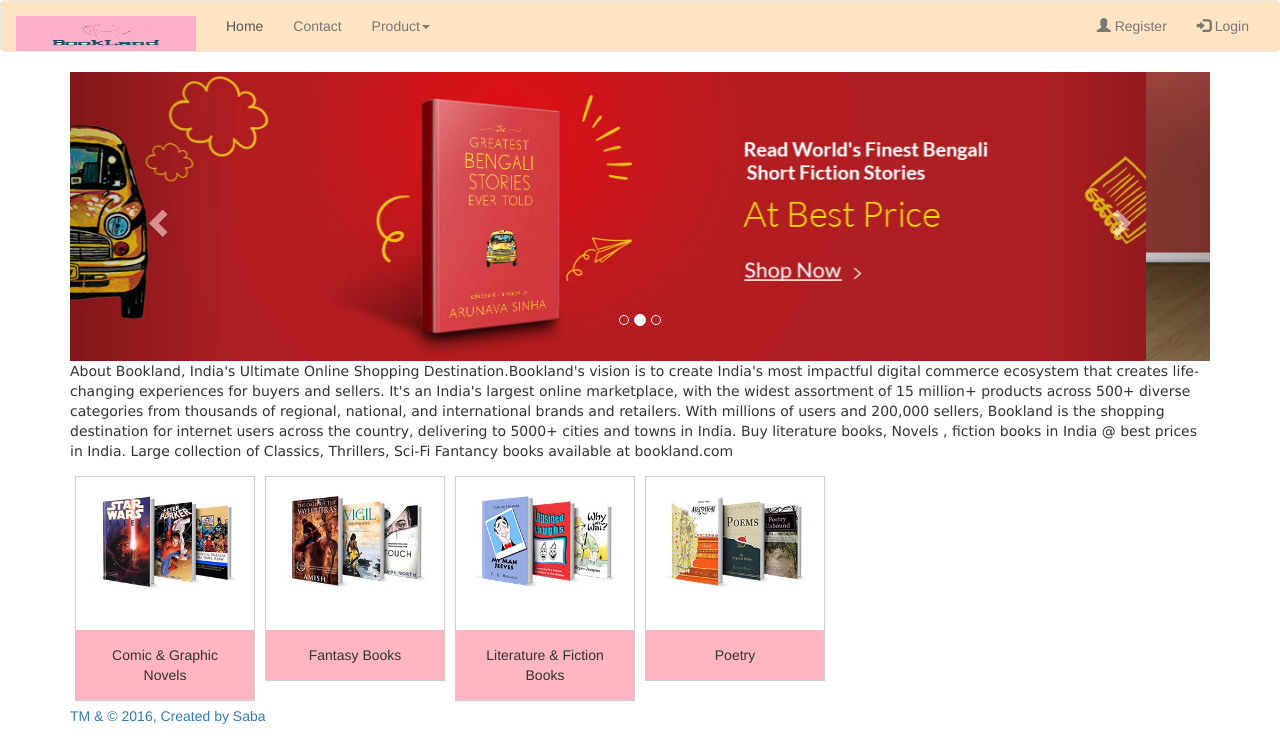
Repository: sabahussain/finalproject
Page: http://localhost/bookland/
The author's editor kept a copy of each file at every save. The page is drawn from the files as they stood at one save, then again after the next save.
The browser window is 1280 px wide. The pictures show the whole page.
The page is served by Tomcat 9. Nobody is signed in. The application's start-up code is not run.

Above is the page before, as saved 2016-05-08 15:26:46.

After the next save:
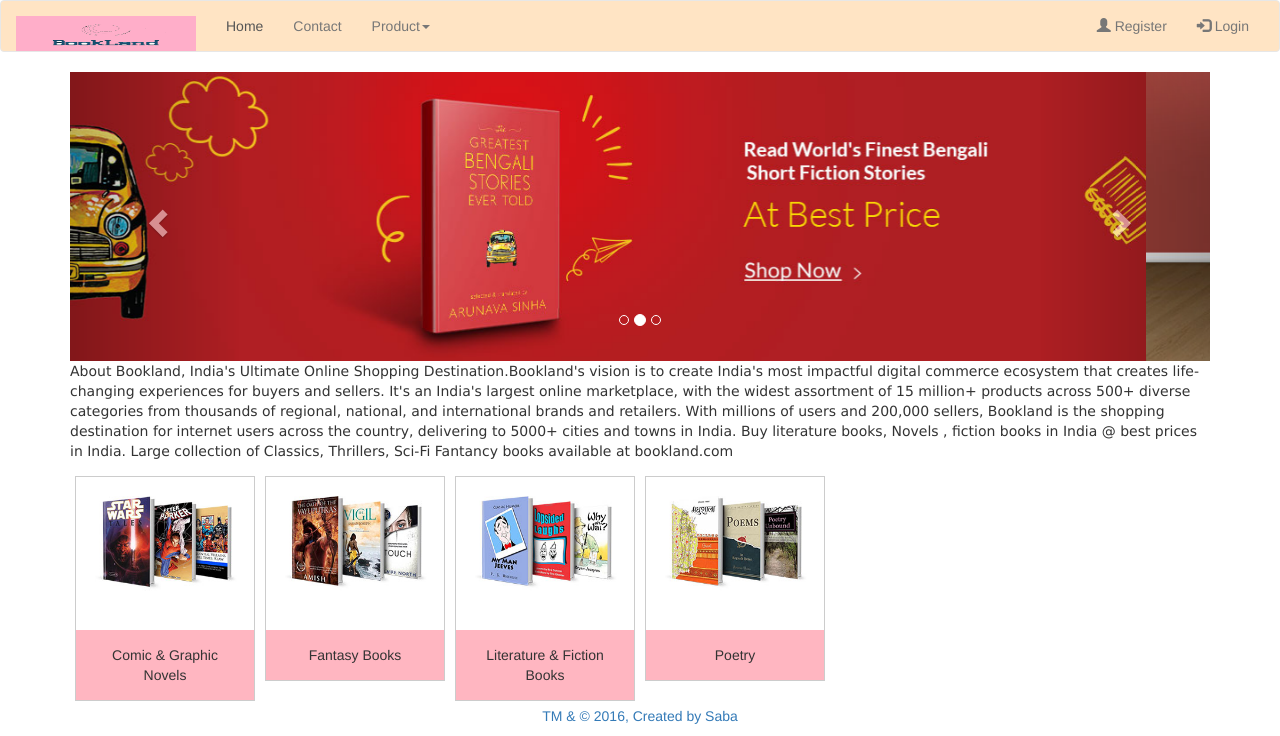
Saved 45 s later.
--- a/bookland/src/main/webapp/index.jsp
+++ b/bookland/src/main/webapp/index.jsp
@@ -160,7 +160,7 @@
 
 <div class="container">
    <footer>
-  <p class="pull-center"><a href="#">TM & &#169; 2016, Created by Saba</a></p>
+  <p align="center"><a href="#">TM & &#169; 2016, Created by Saba</a></p>
     </footer>
       </div>
 
